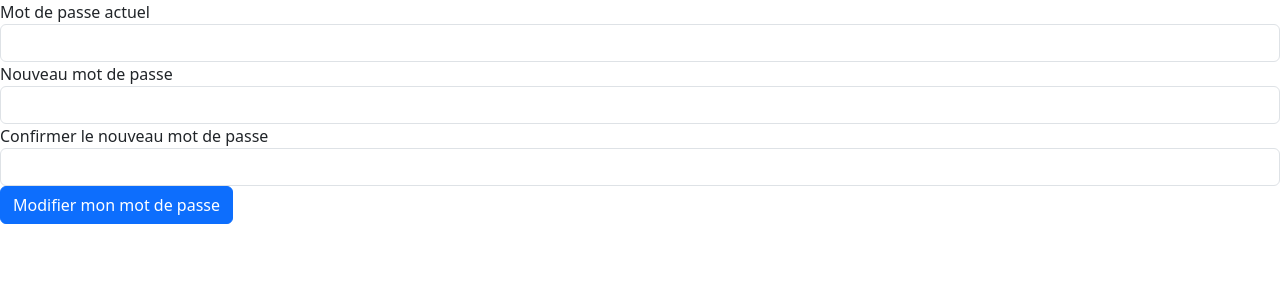
Repository: khadyba/GestionEtablissementScolaire
Page: resources/views/Professeurs/updatePassword.blade.php
An editor plug-in stored every save of this project. The page is shown before and after the next save, followed by the edit.
The browser window is 1280 px wide. The pictures show the whole page.
The page is served by the project's Laravel application, run on PHP 8.4 with Laravel 9. Other server files are loaded and not shown. The template is opened directly, without the code that normally fills it, so the values that code supplies are empty.

Above is the page before, as saved 2024-11-13 10:37:01.

### sunuEcole/routes/web.php
<?php

use App\Models\Classe;
use Illuminate\Support\Facades\Route;
use App\Http\Controllers\UsersController;
use App\Http\Controllers\ClasseController;
use App\Http\Controllers\ElevesController;
use App\Http\Controllers\ParentsController;
use App\Http\Controllers\PaymentController;
use App\Http\Controllers\AdminLoginController;
use App\Http\Controllers\ProfesseurController;
use App\Http\Controllers\ElevesCoursController;
use App\Http\Controllers\EvaluationsController;
use App\Http\Controllers\EtablissementController;
use App\Http\Controllers\SalleDeClasseController;
use App\Http\Controllers\AdministrateurController;
use App\Http\Controllers\EmploisDuTempsController;
use App\Http\Controllers\NotesController;
use App\Models\Administrateur;
use App\Models\Parents;

/*
|--------------------------------------------------------------------------
| Web Routes
|--------------------------------------------------------------------------
|
| Here is where you can register web routes for your application. These
| routes are loaded by the RouteServiceProvider within a group which
| contains the "web" middleware group. Now create something great!
|
*/

Route::get('/', function () {
    return view('layouts.app');
})->name('home');
            // Routes pour les utilisateurs
Route::prefix('users')->name('users.')->group(function () {
    Route::get('create', [UsersController::class, 'create'])->name('create');
    Route::post('/', [UsersController::class, 'store'])->name('store');
    Route::get('login', [UsersController::class, 'connection'])->name('login');
    Route::post('logout', [UsersController::class, 'logout'])->name('logout');
    Route::post('login', [UsersController::class, 'LoginForm'])->name('login.submit')->middleware('checkProfileCompletion');
});

// Routes pour creer  les administrateurs
Route::prefix('administrateurs')->name('administrateurs.')->group(function () {
    Route::get('create', [AdministrateurController::class, 'create'])->name('create');
    Route::post('/', [AdministrateurController::class, 'store'])->name('store');
});
// Routes pour la gestion de la connexion des administrateurs
Route::prefix('admin')->name('admin.')->group(function () {
    Route::get('login', [AdminLoginController::class, 'showLoginForm'])->name('login');
    Route::post('login', [AdminLoginController::class, 'login'])->name('login.submit');
    Route::post('logout', [AdminLoginController::class, 'logout'])->name('logout');
});
// route pour les administrateur dejat connecter
Route::middleware(['auth:admin'])->group(function () {
    Route::get('/admin/dashboard', [AdministrateurController::class, 'index'])->name('admin.dashboard');
    Route::post('/etablissement/creer', [EtablissementController::class, 'store'])->name('etablissements.store');
    Route::get('/etablissement/formulaire', [EtablissementController::class, 'create'])->name('etablissement.formulaire');
    Route::get('/admin/profile/edit', [AdministrateurController::class, 'edit'])->name('admin.profile.edit');
    Route::put('/admin/profile/update', [AdministrateurController::class, 'update'])->name('admin.profile.update');
    Route::get('/classes/create', [ClasseController::class, 'create'])->name('classes.create');
    Route::post('/classes', [ClasseController::class, 'store'])->name('classes.store');
    Route::get('/listDesClasses',[ClasseController::class,'index'])->name('classes.index');
    Route::get('/classes/{id}', [ClasseController::class, 'show'])->name('classes.show');
    Route::get('/classes/{id}/edit',[ClasseController::class,'edit'])->name('classes.edit');
    Route::put('/classes/{id}/update',[ClasseController::class,'update'])->name('classes.update');
    Route::delete('/classes/{id}',[ClasseController::class,'destroy'])->name('classes.destroy');
    Route::get('/classes/{id}/cours', [AdministrateurController::class, 'listeCours'])->name('list');
    // route pour creer les salle de classe
    Route::get('/admin/salles/create', [SalleDeClasseController::class, 'create'])->name('admin.salles.create');
    Route::post('/admin/salles/store', [SalleDeClasseController::class, 'store'])->name('admin.salles.store');
    Route::get('/admin/salles-de-classe', [SalleDeClasseController::class, 'index'])->name('admin.salles-de-classe.index');
    Route::get('/admin/sallesclasse/{id}/edit', [SalleDeClasseController::class, 'edit'])->name('admin.salles-de-classe.edit');
    Route::post('/admin/sallesclasse/{id}', [SalleDeClasseController::class, 'update'])->name('admin.salles-de-classe.update');
    Route::delete('/admin/sallesclasse/{id}', [SalleDeClasseController::class, 'destroy'])->name('admin.salles-de-classe.destroy');
    // route pour les affectations
    Route::get('/classes/{id}/eleves', [ClasseController::class, 'assignStudents'])->name('classes.assign.students');
    Route::get('/admin/eleves-inscrits', [AdministrateurController::class, 'listeElevesInscrits'])->name('admin.eleves.inscrits');
    Route::post('assign-eleves/{id}', [ClasseController::class, 'storeAssignedStudents'])->name('assign.eleves.store');
    Route::get('/classes/{id}/professeurs', [ClasseController::class, 'assignTeachers'])->name('classes.assign.teachers');
    Route::post('/classes/{id}/professeurs', [ClasseController::class, 'storeAssignedTeacher'])->name('classes.assign.teachers.store');
    Route::delete('/classes/{classeId}/professeurs/{professeurId}', [ClasseController::class, 'detachProfesseurFromClasse'])->name('classes.professeurs.detach');
    Route::delete('/classes/{classeId}/eleves/{eleveId}', [ClasseController::class, 'detachEleveClasse'])->name('classes.eleve.detach');
    Route::get('/classes/{classeId}/professeurs/manage', [ClasseController::class, 'manageProfessors'])->name('classes.professeurs.manage');
    Route::get('/classes/{classeId}/eleves/manage', [ClasseController::class, 'manageEleves'])->name('classes.eleves.manage');
    // route pour la gestion des emplois du temps
    Route::get('/emplois_du_temps', [EmploisDuTempsController::class, 'index'])->name('emplois_du_temps.index');
    Route::get('/emplois_du_temps/create/{classe}', [EmploisDuTempsController::class, 'create'])->name('emplois_du_temps.create');
    Route::post('/emplois_du_temps/store/{classe}', [EmploisDuTempsController::class, 'store'])->name('emplois_du_temps.store');
    Route::get('/emplois-du-temps/{id}/download', [EmploisDuTempsController::class, 'download'])->name('emplois_du_temps.download');
    // route pour l'ajout des professeur
    Route::get('/listProfAjouter',[AdministrateurController::class,'index'])->name('list.index');
    Route::get('/formulairAjout',[AdministrateurController::class,'formulaire'])->name('affiche.formulaire');
    Route::post('/AjouterProf',[AdministrateurController::class,'ajouterProfesseur'])->name('Ajout.ajouterProfesseur');

    Route::get('/professeurs', [AdministrateurController::class, 'listProfessors'])->name('professeurs.list');
    Route::delete('/professeurs/{id}', [AdministrateurController::class, 'destroyProfessor'])->name('professeurs.destroy');

    // route pour le calcul des moyenne et generation des bultin de notes
    Route::get('admin/classes/{id}/notes', [NotesController::class, 'showClassNotes'])->name('classes.notes');
    Route::get('admin/classes/eleves/{eleveId}/calculer-moyenne', [NotesController::class, 'calculerMoyenne'])->name('eleves.calculer_moyenne');
    Route::get('admin/classes/{classeId}/eleves/{eleveId}/bulletin', [NotesController::class, 'genererBulletin'])->name('eleves.bulletin');
    Route::get('admin/classes/{classeId}/eleves/{eleveId}/notes', [NotesController::class, 'showBulletin'])->name('classes.bulletin');
});

Route::middleware(['auth', 'checkProfileCompletion'])->group(function () {
    // Routes pour les professeurs
    Route::middleware('professor')->prefix('professeurs')->name('professeurs.')->group(function () {
        Route::get('/complete-profil', [ProfesseurController::class, 'showCompleteProfileForm'])->name('complete-profile');
        Route::post('/complete-profil', [ProfesseurController::class, 'completeProfile'])->name('complete-profile.store');
        Route::get('/profile/edit', [ProfesseurController::class, 'editProfile'])->name('profile.edit');
        Route::put('/profile/update', [ProfesseurController::class, 'updateProfile'])->name('profile.update');
        Route::get('/dashboard', [ProfesseurController::class, 'index'])->name('dashboard');
        Route::get('/listDesClasses', [ProfesseurController::class, 'index'])->name('classes.index');
        Route::get('/classes/{id}', [ProfesseurController::class, 'show'])->name('classes.show');
        Route::get('/cours/create/{classe}', [ProfesseurController::class, 'create'])->name('cours.create');
        Route::post('/cours', [ProfesseurController::class, 'store'])->name('cours.store');
        Route::get('/classes/{id}/cours', [ProfesseurController::class, 'listeCours'])->name('cours.list');
        Route::get('/cours/{id}', [ProfesseurController::class, 'detailCours'])->name('cours.detail');
        Route::get('/cours/{id}/edit', [ProfesseurController::class, 'edit'])->name('cours.edit');
        Route::put('/cours/{id}', [ProfesseurController::class, 'update'])->name('cours.update');
        Route::delete('/cours/{id}', [ProfesseurController::class, 'destroy'])->name('cours.destroy');
        Route::get('/salles/salleDisponible/{id}', [SalleDeClasseController::class, 'afficherSallesDisponibles'])->name('salle.disponible');
        Route::post('/cours/{coursId}/assign-salle/{salleId}', [SalleDeClasseController::class, 'assignSalle'])->name('cours.assignSalle');
        Route::get('/cours/download/{id}', [ProfesseurController::class, 'download'])->name('cours.download');
        Route::get('/classes/{id}/evaluations/create', [EvaluationsController::class, 'create'])->name('evaluations.create');
        Route::post('/evaluations/store', [EvaluationsController::class, 'store'])->name('evaluations.store');
        Route::get('/classes/{classe}/evaluations', [EvaluationsController::class, 'listEvaluations'])->name('evaluations.list');
        Route::get('/classes/{classeId}/evaluations/{evaluationId}/add_notes', [EvaluationsController::class, 'showAddNotesForm'])->name('evaluations.add_notes');
        Route::post('/classes/{id}/ajouter-notes', [EvaluationsController::class, 'storeNotes'])->name('evaluations.store_notes');
        Route::get('/notes/{classeId}', [NotesController::class, 'index'])->name('notes.list');
        Route::get('/notes/{note}/edit', [NotesController::class, 'edit'])->name('notes.edit');
        Route::post('/notes/{note}', [NotesController::class, 'update'])->name('notes.update');
        Route::delete('/notes/{note}', [NotesController::class, 'destroy'])->name('notes.delete');
        Route::get('/fomulaire/modifications/password', [UsersController::class,'editpassword'])->name('formulaire.modifications');
        Route::put('/modifer/password', [UsersController::class, 'updatePassword'])->name('update.password');



    });

    // Routes pour les élèves
    Route::middleware('student')->prefix('eleves')->name('eleves.')->group(function () {
        Route::get('/dashboard', [ElevesController::class, 'index'])->name('dashboard');
        Route::get('/cours', [ElevesController::class, 'index'])->name('cours.index');
        Route::get('/cours/{id}', [ElevesController::class, 'show'])->name('cours.show');
        Route::get('/cours/download/{id}', [ProfesseurController::class, 'download'])->name('cours.download');
        Route::get('/classes', [ElevesCoursController::class, 'index'])->name('classes.index');
        Route::get('/classes/{id}', [ElevesCoursController::class, 'show'])->name('classes.detail');
        Route::get('/classe/{id}/cours', [ElevesCoursController::class, 'listCours'])->name('cours.list');
        Route::get('/cours/{id}', [ElevesCoursController::class, 'detailCours'])->name('cours.detail');
        Route::get('/complete-profile', [ElevesController::class, 'completerProfil'])->name('completeProfileForm');
        Route::post('/complete-profile', [ElevesController::class, 'store'])->name('completeProfile');

        Route::get('/profile/edit', [ElevesController::class, 'editProfile'])->name('profile.edit');
        Route::put('/profile/update', [ElevesController::class, 'updateProfile'])->name('profile.update');

        Route::get('/pay-inscription', [PaymentController::class, 'redirectToPayment'])->name('payInscription');
        Route::get('/classes/{classe}/evaluations', [ElevesCoursController::class, 'listEvaluations'])->name('evaluations.list');
        Route::get('/notes', [ElevesCoursController::class, 'listNotes'])->name('notes.list');
        Route::get('/classes/{classeId}/eleves/{eleveId}/notes', [ElevesController::class, 'showBulletin'])->name('bulletin');
    });

    // Routes pour les parents
    Route::middleware('parent')->prefix('parents')->name('parents.')->group(function () {
        Route::get('/dashboard', [ParentsController::class, 'index'])->name('dashboard');
        Route::get('/complete-profile', [ParentsController::class, 'completerProfil'])->name('completeProfileForm');
        Route::post('/complete-profile', [ParentsController::class, 'store'])->name('completeProfile');
        Route::get('/pay-inscription', [ParentsController::class, 'redirectToPayment'])->name('payInscription');
        Route::get('/eleves/{eleve}/emploi_du_temps', [ParentsController::class, 'showEmploiDuTemps'])->name('eleves.emploi_du_temps');
        Route::get('/eleves/notes', [ParentsController::class, 'showNotes'])->name('eleves.notes');
        Route::get('/classes/{classeId}/eleves/{eleveId}/notes', [ParentsController::class, 'showBulletin'])->name('eleves.bulletin');

        Route::get('/profile/edit', [ParentsController::class, 'editProfile'])->name('profile.edit');
        Route::put('/profile/update', [ParentsController::class, 'updateProfile'])->name('profile.update');
    });
});


 // route apres le payment sur paydunya
 Route::get('payment/success', [PaymentController::class, 'success'])->name('payment.success');
 Route::get('payment/cancel', [PaymentController::class, 'cancel'])->name('payment.cancel');
 Route::post('payment/callback', [PaymentController::class, 'callback'])->name('payment.callback');


 Route::get('/test', function () {
    return view('layouts-admin.index');
})->name('test');

### sunuEcole/resources/views/Professeurs/updatePassword.blade.php
<!DOCTYPE html>
<html>
<head>
<meta charset="UTF-8">
<meta name="viewport" content="width=device-width, initial-scale=1.0">
<title>Completer profile</title>
<link rel="icon" type="image/png" href="{{ asset('assets/img/canvas.png') }}">
<link href="https://cdn.jsdelivr.net/npm/bootstrap@5.3.3/dist/css/bootstrap.min.css" rel="stylesheet" integrity="sha384-QWTKZyjpPEjISv5WaRU9OFeRpok6YctnYmDr5pNlyT2bRjXh0JMhjY6hW+ALEwIH" crossorigin="anonymous">
</head>
<body>


<div class= "">

<form action="{{ route('professeurs.update.password') }}" method="POST">
    @csrf
    @method('PUT')

    @if($errors->any())
        <div class="alert alert-danger">
            <ul>
                @foreach ($errors->all() as $error)
                    <li>{{ $error }}</li>
                @endforeach
            </ul>
        </div>
    @endif

    <div class="form-group">
        <label for="current_password">Mot de passe actuel</label>
        <input type="password" name="current_password" id="current_password" class="form-control" required>
    </div>

    <div class="form-group">
        <label for="new_password">Nouveau mot de passe</label>
        <input type="password" name="new_password" id="new_password" class="form-control" required>
    </div>

    <div class="form-group">
        <label for="new_password_confirmation">Confirmer le nouveau mot de passe</label>
        <input type="password" name="new_password_confirmation" id="new_password_confirmation" class="form-control" required>
    </div>

    <button type="submit" class="btn btn-primary">Modifier mon mot de passe</button>
</form>


</div>

</body>
</html>

After the next save:
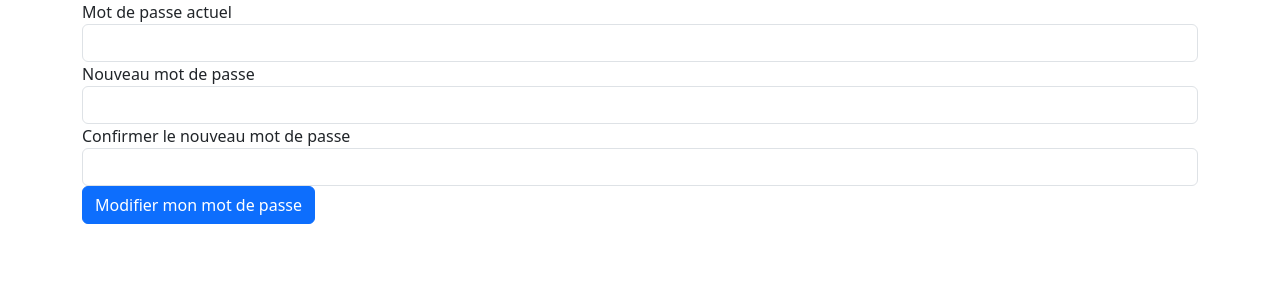
Saved 4 s later.
--- a/sunuEcole/resources/views/Professeurs/updatePassword.blade.php
+++ b/sunuEcole/resources/views/Professeurs/updatePassword.blade.php
@@ -10,7 +10,7 @@
 <body>
 
 
-<div class= "">
+<div class= "container">
 
 <form action="{{ route('professeurs.update.password') }}" method="POST">
     @csrf
